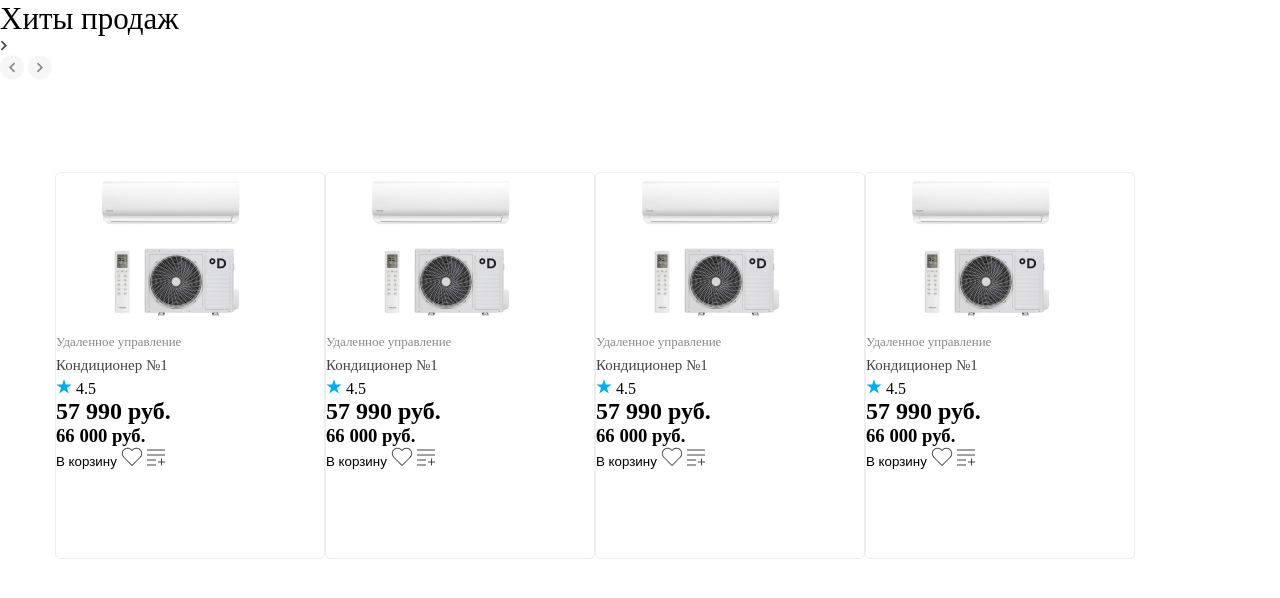
Repository: NikaMana/us
Page: index.html
These files come from the project's save history. The page is drawn as it stood at one moment and after the next save; the edit follows.
The browser window is 1280 px wide. The pictures show the whole page.

Above is the page before, as saved 2021-09-15 15:30:23.

### index.html
<!DOCTYPE html>
<html lang="ru">
<head>
    <meta charset="utf-8">
    <title>Main page</title>
    <meta name="viewport" content="widht=1100, initial-scale=1.0">
    <link rel="stylesheet" href="./styles.css">


</head>
<body>
<div class="welcome">
  <div class="welcome__container">
    <div class="welcome__up">
      <div class="welcome__left">
        <h1 class="welcome__hits">Хиты продаж</h1>
        <img class="welcome__arr" src="/img/arrbl.png" alt="blackarrow">
      </div>
      <div class="welcome__right">
        <img class="welcome__arr-left" src="/img/arrleft.png" alt="arrowleft">
        <img class="welcome__arr-right" src="/img/arrright.png" alt="arrowright">
      </div>
    </div>
      <div class="welcome__block-container">
        <div class="welcome__block">
          <img class="welcome__pic" src="/img/pic1.png" alt="condition">
          <h4 class="welcome__control">Удаленное управление</h4>
          <h3 class="welcome__condition">Кондиционер №1</h3>
          <div class="welcome__rating">
            <img class="welcome__star" src="/img/Star.png" alt="star">
            <span class="welcome__score">4.5</span>
          </div>
          <div class="welcome__price">
            <h2 class="welcome__price-current">57 990 руб.</h2>
            <h3 class="welcome__price-current">66 000 руб.</h3>
          </div>
          <div class="welcome__adding">
            <button class="welcome__button">В корзину</button>
            <img class="welcome__like" src="/img/like.png" alt="like">
            <img class="welcome__plus" src="/img/add.png" alt="add">
          </div>
        </div>
        <div class="welcome__block">
          <img class="welcome__pic" src="/img/pic1.png" alt="condition">
          <h4 class="welcome__control">Удаленное управление</h4>
          <h3 class="welcome__condition">Кондиционер №1</h3>
          <div class="welcome__rating">
            <img class="welcome__star" src="/img/Star.png" alt="star">
            <span class="welcome__score">4.5</span>
          </div>
          <div class="welcome__price">
            <h2 class="welcome__price-current">57 990 руб.</h2>
            <h3 class="welcome__price-current">66 000 руб.</h3>
          </div>
          <div class="welcome__adding">
            <button class="welcome__button">В корзину</button>
            <img class="welcome__like" src="/img/like.png" alt="like">
            <img class="welcome__plus" src="/img/add.png" alt="add">
          </div>
        </div>
        <div class="welcome__block">
          <img class="welcome__pic" src="/img/pic1.png" alt="condition">
          <h4 class="welcome__control">Удаленное управление</h4>
          <h3 class="welcome__condition">Кондиционер №1</h3>
          <div class="welcome__rating">
            <img class="welcome__star" src="/img/Star.png" alt="star">
            <span class="welcome__score">4.5</span>
          </div>
          <div class="welcome__price">
            <h2 class="welcome__price-current">57 990 руб.</h2>
            <h3 class="welcome__price-current">66 000 руб.</h3>
          </div>
          <div class="welcome__adding">
            <button class="welcome__button">В корзину</button>
            <img class="welcome__like" src="/img/like.png" alt="like">
            <img class="welcome__plus" src="/img/add.png" alt="add">
          </div>
        </div>
        <div class="welcome__block">
          <img class="welcome__pic" src="/img/pic1.png" alt="condition">
          <h4 class="welcome__control">Удаленное управление</h4>
          <h3 class="welcome__condition">Кондиционер №1</h3>
          <div class="welcome__rating">
            <img class="welcome__star" src="/img/Star.png" alt="star">
            <span class="welcome__score">4.5</span>
          </div>
          <div class="welcome__price">
            <h2 class="welcome__price-current">57 990 руб.</h2>
            <h3 class="welcome__price-current">66 000 руб.</h3>
          </div>
          <div class="welcome__adding">
            <button class="welcome__button">В корзину</button>
            <img class="welcome__like" src="/img/like.png" alt="like">
            <img class="welcome__plus" src="/img/add.png" alt="add">
          </div>
        </div>
      </div>
  </div>
</div>
</body>

### styles.css
*{
  margin: 0;
  padding: 0;
  box-sizing: border-box;
}
button{
  border: none;
  background: no-repeat;
}
h1, h2,h3,h4,h5{
  font-family: none;
  font-size: none;
}
.welcome{
  position: absolute;
  width: 100%;
  height: 100%;
  z-index: 0;
}

.welcome__hits{
font-family: Gotham Pro;
font-size: 31px;
font-style: normal;
font-weight: 300;
line-height: 37px;
letter-spacing: 0em;
text-align: left;
}
.welcome__block-container{
  display: flex;
  flex-direction: row;
}
.welcome__block{
height: 387px;
width: 270px;
left: 55px;
top: 88px;
border-radius: 5px;
position: relative;
height: 387px;
left: 55px;
right: 955px;
top: 88px;
background: #FFFFFF;
border: 1px solid #EEEEEE;
box-sizing: border-box;
border-radius: 5px;
}
.welcome__pic{
height: 150px;
left: 20px;
right: 20px;
top: 20px;
}
.welcome__control{
  position: static;
width: 230px;
height: 19px;
left: 0px;
top: 0px;
font-family: Gotham Pro;
font-style: normal;
font-weight: normal;
font-size: 13px;
line-height: 19px;
color: #888888;
flex: none;
order: 0;
align-self: stretch;
flex-grow: 0;
margin: 5px 0px;
}
.welcome__condition{
  position: static;
width: 230px;
height: 18px;
left: 0px;
top: 0px;
font-family: Gotham Pro;
font-style: normal;
font-weight: normal;
font-size: 15px;
line-height: 18px;
color: #444444;
flex: none;
order: 0;
align-self: stretch;
flex-grow: 0;
margin: 5px 0px;
}
.welcome__star{

}

After the next save:
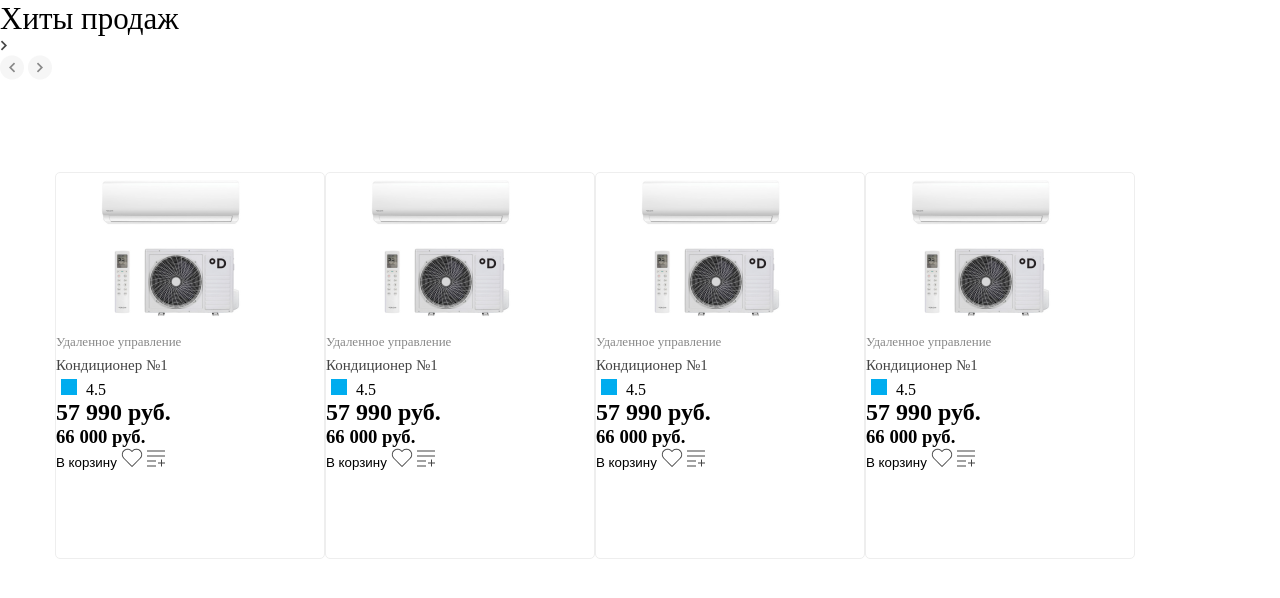
Saved 30 s later.
--- a/styles.css
+++ b/styles.css
@@ -90,5 +90,14 @@ flex-grow: 0;
 margin: 5px 0px;
 }
 .welcome__star{
-
+  position: static;
+width: 16px;
+height: 16px;
+left: 0px;
+top: 0px;
+background: #00ADEF;
+flex: none;
+order: 0;
+flex-grow: 0;
+margin: 0px 5px;
 }
